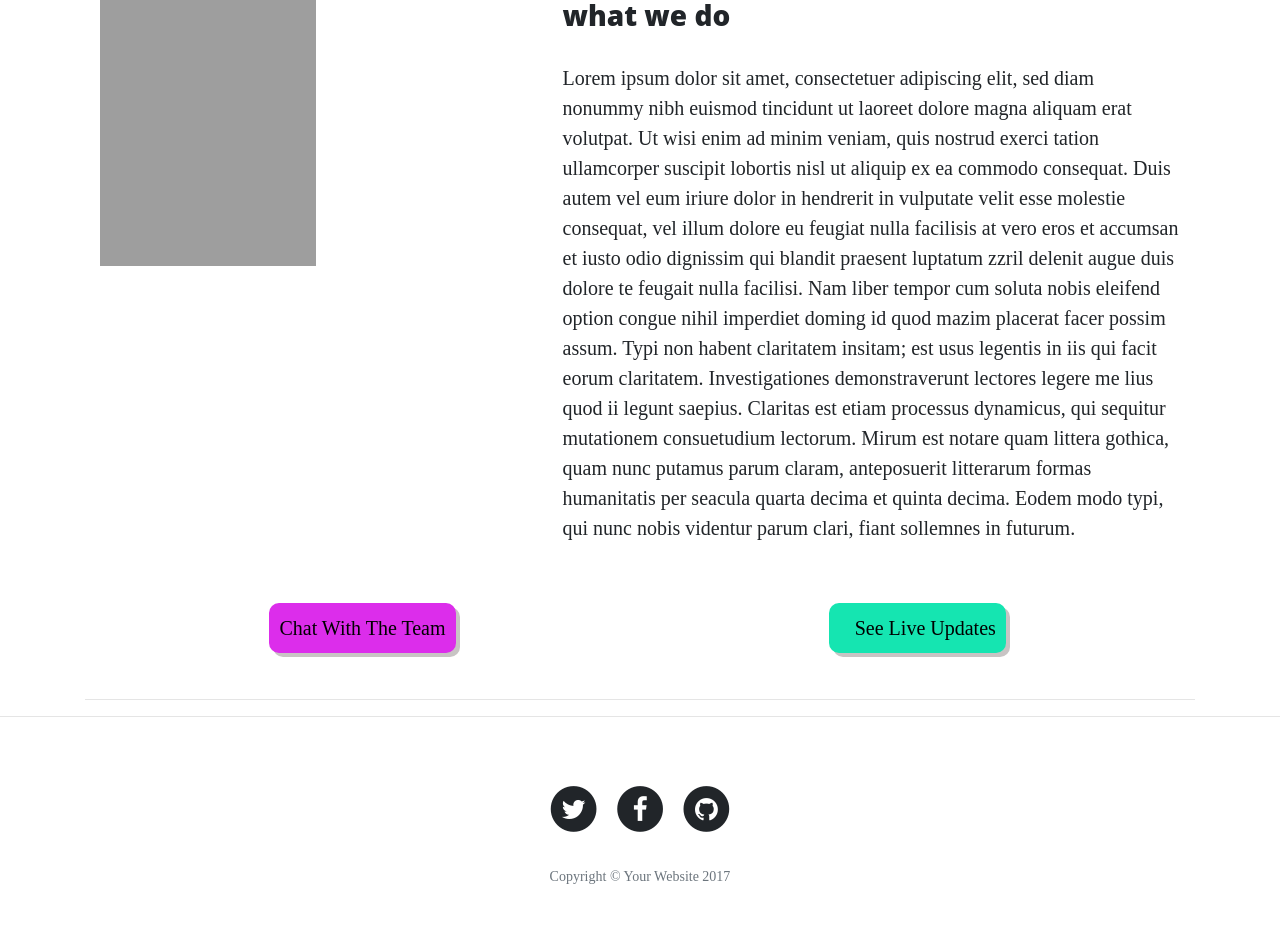
Repository: cachimiro/los-pochoclos
Page: http://localhost/charity
The author's editor kept a record of every edit. The page is drawn from the files as they stood at one moment, then again after the next edit.
The browser window is 1280 px wide. The pictures show the part of the page from y = 1902 to 2854 px (the page is 2854 px tall).
Pictures or frames that could not be fetched are drawn as grey boxes. The page is served by the project's application, run on Flask 3 (run.py). Other server files are loaded and not shown.

Above is the page before.

### templates/charity.html
{% extends 'base.html' %} {% block content %}

  <!---- style for image slide show------>

<style>
.mySlides {
  display: none;
}

img {
  vertical-align: middle;
}

/* Slideshow container */

.slideshow-container {
  max-width: 1000px;
  position: relative;
  margin: auto;
}


/* Fading animation */

.fade {
  -webkit-animation-name: fade;
  -webkit-animation-duration: 3s;
  animation-name: fade;
  animation-duration: 3s;
  width: 80%;


}

@-webkit-keyframes fade {
  from {
    opacity: .4
  }
  to {
    opacity: 1
  }
}

@keyframes fade {
  from {
    opacity: .4
  }
  to {
    opacity: 1
  }
}

/* On smaller screens, decrease text size */

@media only screen and (max-width: 300px) {
  .text {
    font-size: 11px
  }
}
.header-what-we-do{
  margin-top: 100px;

}
/*---------- style for buttons at the end of the section*/
.col-lg-6, .col-md-6, .col-sm-6 button{
  text-align: center;
  padding:10px;
}
button{
  margin: 20px;
  border-radius: 10px;
  text-decoration:none;
  background-color:#dc2deb;
  border:none;
  box-shadow: 4px 4px #c8c4c4;
}
.colour-change{
  background-color: #15e5b1;
}



</style>
<h2>

   {{ page_title }}

</h2><header class="masthead" style="background-image: url('https://scontent-lht6-1.xx.fbcdn.net/v/t1.0-9/198979_183783401664354_8256655_n.jpg?_nc_cat=107&_nc_ohc=fo7OV44w-2MAQn056HLddJiNwwdMlJGb7H2xHXyMq6WGMhgtGDJShV99A&_nc_ht=scontent-lht6-1.xx&oh=b607f42559864e66febb7cb282797aff&oe=5E6CB1C7')"><div class="overlay"></div><div class="container"><div class="row"><div class="col-lg-8 col-md-10 mx-auto"><div class="post-heading"><h1 style=" text-align:  center; margin:10px">Her Name IS Tanya</h1><h2 class="subheading" style=" text-align:  center">She is the reason this charity is taking place</h2></div></div></div></div></header><section><div class="container"><div class="row"><div class="col-lg-7 col-md-7 "><h3>why we do it</h3><p>Lorem ipsum dolor sit amet,
consectetuer adipiscing elit,
sed diam nonummy nibh euismod tincidunt ut laoreet dolore magna aliquam erat volutpat. Ut wisi enim ad minim veniam,
quis nostrud exerci tation ullamcorper suscipit lobortis nisl ut aliquip ex ea commodo consequat. Duis autem vel eum iriure dolor in hendrerit in vulputate velit esse molestie consequat,
vel illum dolore eu feugiat nulla facilisis at vero eros et accumsan et iusto odio dignissim qui blandit praesent luptatum zzril delenit augue duis dolore te feugait nulla facilisi. Nam liber tempor cum soluta nobis eleifend option congue nihil imperdiet doming id quod mazim placerat facer possim assum. Typi non habent claritatem insitam;
est usus legentis in iis qui facit eorum claritatem. Investigationes demonstraverunt lectores legere me lius quod ii legunt saepius. Claritas est etiam processus dynamicus,
qui sequitur mutationem consuetudium lectorum. Mirum est notare quam littera gothica,
quam nunc putamus parum claram,
anteposuerit litterarum formas humanitatis per seacula quarta decima et quinta decima. Eodem modo typi,
qui nunc nobis videntur parum clari,
fiant sollemnes in futurum.</p>
</div>
<div class="col-lg-5 col-md-5 " id="slide-show-photos">
  <div class="slideshow-container">
    <div class="mySlides fade">
      <img src="../static/img/tanya.jpg" style="width:100%"></div>
      <div class="mySlides fade">
        <img src="../static/img/tanya johann me.jpg" style="width:100%">
        </div>
        <div class="mySlides fade">
          <img src="../static/img/tanya johann boat.jpg" style="width:100%">
          </div>
          <div class="mySlides fade">
            <img src="https://scontent-lht6-1.xx.fbcdn.net/v/t1.0-9/25386_102864843089544_4935509_n.jpg?_nc_cat=103&_nc_ohc=gEBut99aF3IAQkGh2dldj7rDEqOye1kls_eliVdeWwcZ1DdaCadag5gFQ&_nc_ht=scontent-lht6-1.xx&oh=cae8cc26c64154a938cf9d5bbbaead0b&oe=5E72ED2F" style="width:100%">
            </div>
            <div class="mySlides fade">
              <img src="https://scontent-lht6-1.xx.fbcdn.net/v/t1.0-9/180900_177976592245035_1671228_n.jpg?_nc_cat=109&_nc_ohc=qDvnJq8rDvAAQloh-x4Y1ss8SHi2GQDt0S3Kc7WZ157JWn1C8r6mT0zFA&_nc_ht=scontent-lht6-1.xx&oh=0b086a2d586bd58b9278851fe02b9c69&oe=5E89726A" style="width:100%">
              </div>
              <div class="mySlides fade">
                <img src="https://scontent-lht6-1.xx.fbcdn.net/v/t1.0-9/39856_129568613752500_1749319_n.jpg?_nc_cat=107&_nc_ohc=VbtnikZ4UBIAQm_39U4ICHl5PVwWSM9EfFt46WSFkuyafOAVk16vLfBNQ&_nc_ht=scontent-lht6-1.xx&oh=3916972b16bf0ef1aaa6dbd30f918e8c&oe=5E857C1F" style="width:100%">
                </div>
                <div class="mySlides fade">
                  <img src="https://scontent-lht6-1.xx.fbcdn.net/v/t1.0-9/23616_102168856492476_1335747_n.jpg?_nc_cat=100&_nc_ohc=_Y0Ii_6dvjcAQld-oXSXNZD6aHam7c5aFn1_Psz9tGSr24VNRF43ApxNg&_nc_ht=scontent-lht6-1.xx&oh=45c7b910adaab8b106013aae4438ef9c&oe=5E7C4A69" style="width:100%">
                  </div>
                  <div class="mySlides fade">
                    <img src="https://scontent-lht6-1.xx.fbcdn.net/v/t1.0-9/23616_102168843159144_7658005_n.jpg?_nc_cat=105&_nc_ohc=C1_1UhY55poAQmDDsgh1mSU5BhCB98OIYsiea9VLHcAAWtw3R7zCmK9Qw&_nc_ht=scontent-lht6-1.xx&oh=c30c6dd46ef4eb20c48488902b23b23b&oe=5E679151" style="width:100%">
                    </div>
                    <div class="mySlides fade">
                      <img src="https://scontent-lht6-1.xx.fbcdn.net/v/t1.0-9/23616_102168839825811_4312866_n.jpg?_nc_cat=103&_nc_ohc=7XZMiaFhE68AQlGjjlRyDXl-6vRoc4kv43HAD3T51gYsdx9m0FwPdykvA&_nc_ht=scontent-lht6-1.xx&oh=14b57c4db923190f0b434e5ee2c40ac8&oe=5E84D878" style="width:100%">
                      </div>
                      <div class="mySlides fade">
                        <img src="https://scontent-lht6-1.xx.fbcdn.net/v/t1.0-9/23616_102168826492479_7425229_n.jpg?_nc_cat=102&_nc_ohc=P069FW_Xm0MAQmMMkUpeGYPFX3nCmj2GIx885TjCuPyCAKm8NxeiozWWA&_nc_ht=scontent-lht6-1.xx&oh=7587277eeb2a455100c6cf21e5ccabec&oe=5E7725B3" style="width:100%">
                        </div>
                        <div class="mySlides fade">
                          <img src="https://scontent-lht6-1.xx.fbcdn.net/v/t1.0-9/23616_102168796492482_5337829_n.jpg?_nc_cat=111&_nc_ohc=h9tve8Wh-joAQlkQ4HomnAXcCsh_u3Y_tedr8m8sGSzLUf8caP8--Y27g&_nc_ht=scontent-lht6-1.xx&oh=75648782b4571c95bec1810f26d56d2e&oe=5E6C4F18" style="width:100%">
                          </div>

                          </div>
                          </div>
                          <div class="container">
                            <div class="row">
                              <div class="col-lg-5 col-md-5 ">

                  <img src="https://image.freepik.com/free-vector/red-coming-soon-neon-icon-vector_53876-63152.jpg"></img>

       </div>
     <div class="col-lg-7 col-md-7 ">
   <h3 class="header-what-we-do">what we do</h3>
   <p>Lorem ipsum dolor sit amet,
consectetuer adipiscing elit,
sed diam nonummy nibh euismod tincidunt ut laoreet dolore magna aliquam erat volutpat. Ut wisi enim ad minim veniam,
quis nostrud exerci tation ullamcorper suscipit lobortis nisl ut aliquip ex ea commodo consequat. Duis autem vel eum iriure dolor in hendrerit in vulputate velit esse molestie consequat,
vel illum dolore eu feugiat nulla facilisis at vero eros et accumsan et iusto odio dignissim qui blandit praesent luptatum zzril delenit augue duis dolore te feugait nulla facilisi. Nam liber tempor cum soluta nobis eleifend option congue nihil imperdiet doming id quod mazim placerat facer possim assum. Typi non habent claritatem insitam;
est usus legentis in iis qui facit eorum claritatem. Investigationes demonstraverunt lectores legere me lius quod ii legunt saepius. Claritas est etiam processus dynamicus,
qui sequitur mutationem consuetudium lectorum. Mirum est notare quam littera gothica,
quam nunc putamus parum claram,
anteposuerit litterarum formas humanitatis per seacula quarta decima et quinta decima. Eodem modo typi,
qui nunc nobis videntur parum clari,
fiant sollemnes in futurum.</p>

</p>
</div>
</div>
</div>
<div class="container">
  <div class="row">
    <div class="col-lg-6 col-md-6 col-sm-6">
      <button>Chat With The Team</button>
    </div>
    <div class="col-lg-6 col-md-6 col-sm-6">
      <button class="colour-change"><i class="fas fa-users"></i>See Live Updates</button>
    </div>
  </div>
</div>
</section>
<hr>
<script>
var slideIndex=0;
showSlides();

function showSlides() {
  var i;
  var slides=document.getElementsByClassName("mySlides");
  var stopSlideShow=document.getElementsByClassName('stop-Slide-Show');
  for (i=0;
  i < slides.length;
  i++) {
    slides[i].style.display="none";
  }
  slideIndex++;
  if (slideIndex > slides.length) {
    slideIndex=1
  }

  slides[slideIndex-1].style.display="block";
  setTimeout(showSlides, 3000); // Change image every 2 seconds

}




</script>
{% endblock %}

### templates/base.html
<!DOCTYPE html>
<html lang="en">
<head>
    <meta charset="UTF-8">
    <meta name="viewport" content="width=device-width, initial-scale=1.0">
    <meta http-equiv="X-UA-Compatible" content="ie=edge">
    <link href="https://stackpath.bootstrapcdn.com/font-awesome/4.7.0/css/font-awesome.min.css" rel="stylesheet" integrity="sha384-wvfXpqpZZVQGK6TAh5PVlGOfQNHSoD2xbE+QkPxCAFlNEevoEH3Sl0sibVcOQVnN" crossorigin="anonymous">
    <link href="{{ url_for('static', filename='vendor/bootstrap/css/bootstrap.min.css') }}" rel="stylesheet">
    <link rel="stylesheet" href="{{ url_for('static', filename='css/clean-blog.min.css') }}" type="text/css" />
    <link rel="stylesheet" href="{{ url_for('static', filename='css/style.css') }}" type="text/css" />
    <title>Los Pochocolos</title>
</head>
<body>
    <!-- Navigation -->
    <nav class="navbar navbar-expand-lg navbar-light fixed-top" id="mainNav">
        <div class="container">
            <a class="navbar-brand" href="{{url_for('index') }}">Finca Los Pochocolos</a>
            <button class="navbar-toggler navbar-toggler-right" type="button" data-toggle="collapse" data-target="#navbarResponsive" aria-controls="navbarResponsive" aria-expanded="false" aria-label="Toggle navigation">
          Menu
          <i class="fa fa-bars"></i>
        </button>
            <div class="collapse navbar-collapse" id="navbarResponsive">
                <ul class="navbar-nav ml-auto">
                    <li class="nav-item">
                        <a class="nav-link" href="{{ url_for('index') }}">Home</a>
                    </li>
                    <li class="nav-item">
                        <a class="nav-link" href="{{ url_for('about') }}">About</a>
                    </li>
                    <li class="nav-item">
                        <a class="nav-link" href="{{ url_for('contact') }}">Contact</a>
                    </li>
                    <li class="nav-item">
                        <a class="nav-link" href="{{ url_for('careers') }}">Careers</a>
                    </li>
                       <li class="nav-item">
                        <a class="nav-link" href="{{ url_for('charity') }}">Charity</a>
                    </li>
                </ul>
            </div>
        </div>
    </nav>

    <!-- Page Header -->
    <header class="masthead" style="background-image: url('https://berakatours.com/wp-content/uploads/2017/09/Avistamiento-Aves-Colombia.jpg')">
        <div class="overlay"></div>
        <div class="container">
            <div class="row">
                <div class="col-lg-8 col-md-10 mx-auto">
                    <div class="site-heading">
                        <h1>Los Pocholos</h1>
                        <span class="subheading">Turismo En La Guajira Colombia</span>
                    </div>
                </div>
            </div>
        </div>
    </header>

    <!-- Main Content -->
    <div class="container">
        {% block content %} {% endblock %}
    </div>

    <hr>

    <!-- Footer -->
    <footer>
        <div class="container">
            <div class="row">
                <div class="col-lg-8 col-md-10 mx-auto">
                    <ul class="list-inline text-center">
                        <li class="list-inline-item">
                            <a href="#">
                                <span class="fa-stack fa-lg">
                    <i class="fa fa-circle fa-stack-2x"></i>
                    <i class="fa fa-twitter fa-stack-1x fa-inverse"></i>
                  </span>
                            </a>
                        </li>
                        <li class="list-inline-item">
                            <a href="#">
                                <span class="fa-stack fa-lg">
                    <i class="fa fa-circle fa-stack-2x"></i>
                    <i class="fa fa-facebook fa-stack-1x fa-inverse"></i>
                  </span>
                            </a>
                        </li>
                        <li class="list-inline-item">
                            <a href="#">
                                <span class="fa-stack fa-lg">
                    <i class="fa fa-circle fa-stack-2x"></i>
                    <i class="fa fa-github fa-stack-1x fa-inverse"></i>
                  </span>
                            </a>
                        </li>
                    </ul>
                    <p class="copyright text-muted">Copyright &copy; Your Website 2017</p>
                </div>
            </div>
        </div>
    </footer>

    <!-- Bootstrap core JavaScript -->
    <script src="{{ url_for('static', filename='vendor/jquery/jquery.min.js') }}"></script>
    <script src="{{ url_for('static', filename='vendor/bootstrap/js/bootstrap.bundle.min.js') }}"></script>

    <!-- Custom scripts for this template -->
    <script src="{{ url_for('static', filename='js/clean-blog.min.js') }}"></script>

</body>
</html>

### run.py
import os
import json
from flask import Flask, render_template, request,redirect, flash, url_for
from flask_pymongo import PyMongo
from bson.objectid import ObjectId

app = Flask(__name__)
app.config["MONGO_DBNAME"] = 'reviews'
app.config["MONGO_URI"] = "mongodb+srv://root:Johann@myfirstcluster-ugp0n.mongodb.net/reviews?retryWrites=true&w=majority"

mongo = PyMongo(app)
app.secret_key = "cachimiro"

# code to be ble to see reviews
@app.route('/view_reviews')
def get_reviews():
    return render_template("reviews.html", opinion=mongo.db.opinion.find())

# this line of code will allow costumesr to add reviews
@app.route('/add_review')
def add_review():
    return render_template('add-reviews.html')


@app.route('/add_review', methods=['POST'])
def insert_task():
    tasks = mongo.db.opinion
    tasks.insert_one(request.form.to_dict())
    return redirect(url_for('get_reviews'))

# code for conecting templates
@app.route('/')
def index():
    return render_template("index.html")


@app.route('/about')
def about():
    data = []
    with open("data/company.json", "r") as json_data:
        data = json.load(json_data)
    return render_template("about.html", page_title="About", company=data)

@app.route('/about/<member_name>')
def about_member(member_name):
    member = {}

    with open("data/company.json", "r") as json_data:
        data = json.load(json_data)
        for obj in data:
            if obj["url"] == member_name:
                member = obj

    return render_template("member.html", member=member)




@app.route('/contact', methods=["GET", "POST"])
def contact():
    if request.method == "POST":
        flash("Thanks {}, we have received your message".format(
            request.form["name"]
        ))
    return render_template("contact.html", page_title="Contact")


@app.route('/careers')
def careers():
   return render_template("careers.html", page_title="careers")

@app.route('/charity')
def charity():
   return render_template("charity.html", page_title="charity")

if __name__ == '__main__':
    app.run(host=os.environ.get('IP'),
            port=int(os.environ.get('PORT')),
            debug=True)


# chat function will go here all the code thats going to be provided from here is for that chat area
#pesonal note i will coment out this section for a moment need to work on other html
"""
import os
from datetime import datetime
from flask import Flask, redirect, render_template, request, session, url_for


app = Flask(__name__)
app.secret_key = os.getenv("SECRET","randomstring123")
messages = []


def add_message(username, message):
    #Add messages to the `messages` list
    now = datetime.now().strftime("%H:%M:%S")
    messages.append({"timestamp": now, "from": username, "message": message})


@app.route("/", methods=["GET", "POST"])
def chat_room():
    #Main page with instructions
    if request.method == "POST":
        session["username"] = request.form["username"]

    if "username" in session:
        return redirect(url_for("user", username=session["username"]))

    return render_template("index.html")


@app.route("/chat/<username>", methods=["GET", "POST"])
def user(username):
    #Add and display chat messages
    if request.method == "POST":
        username = session["username"]
        message = request.form["message"]
        add_message(username, message)
        return redirect(url_for("user", username=session["username"]))

    return render_template("chat.html", username=username,
                           chat_messages=messages)


app.run(host=os.getenv("IP", "0.0.0.0"),
        port=int(os.getenv("PORT", "5000")), debug=False)

 """

### static/css/style.css
.col-md-5 img {
    width: 50%;
    height: 50%;
    margin-top: 30px;
    margin-bottom: 50px;

}

Loaded but not shown: static/css/clean-blog.min.css (library); static/js/clean-blog.min.js (common file)

After the next edit:
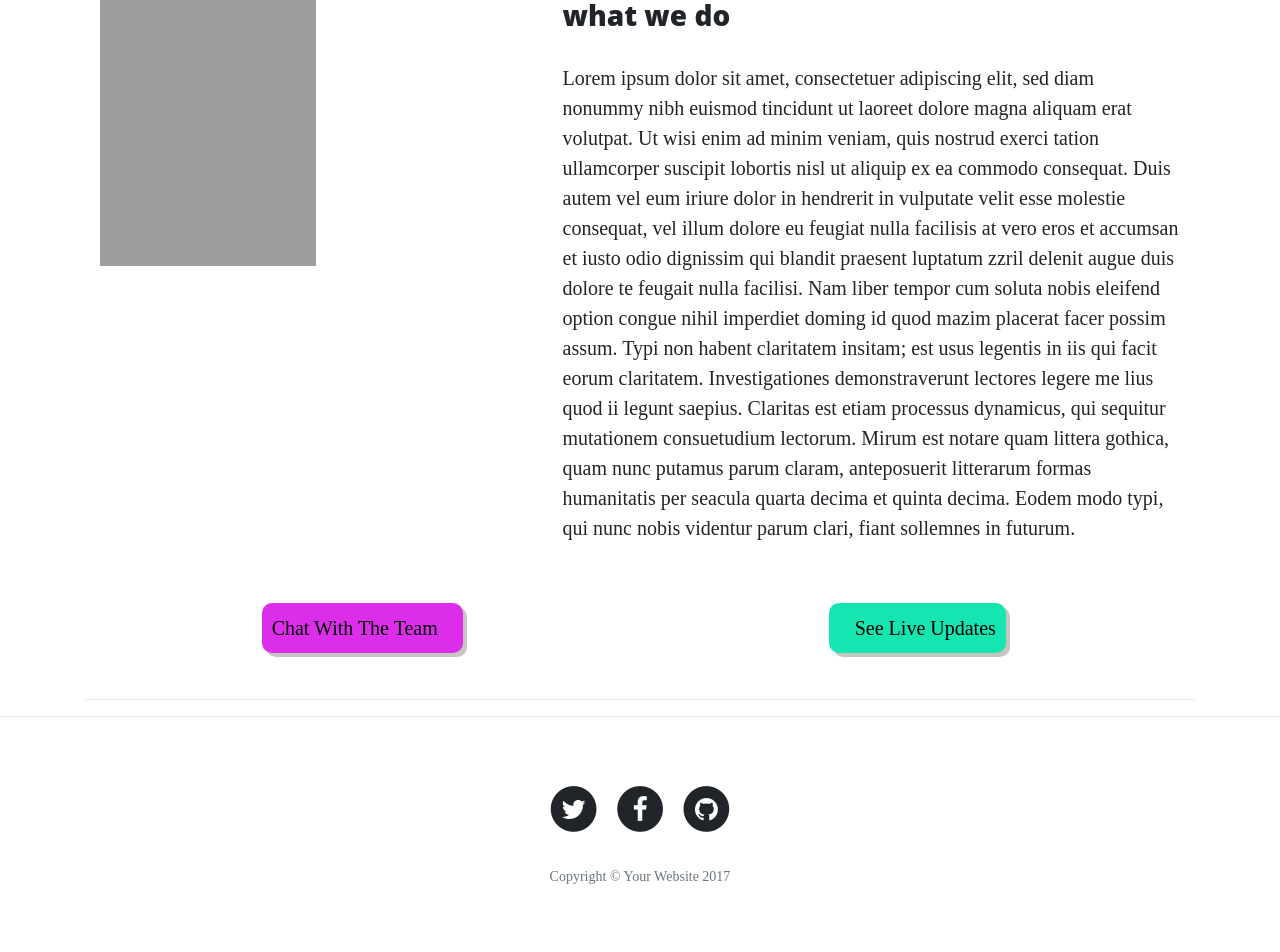
The edit:
--- a/templates/charity.html
+++ b/templates/charity.html
@@ -162,7 +162,7 @@
 <div class="container">
   <div class="row">
     <div class="col-lg-6 col-md-6 col-sm-6">
-      <button>Chat With The Team</button>
+      <button>Chat With The Team<i class="fas fa-users"></i></button>
     </div>
     <div class="col-lg-6 col-md-6 col-sm-6">
       <button class="colour-change"><i class="fas fa-users"></i>See Live Updates</button>
